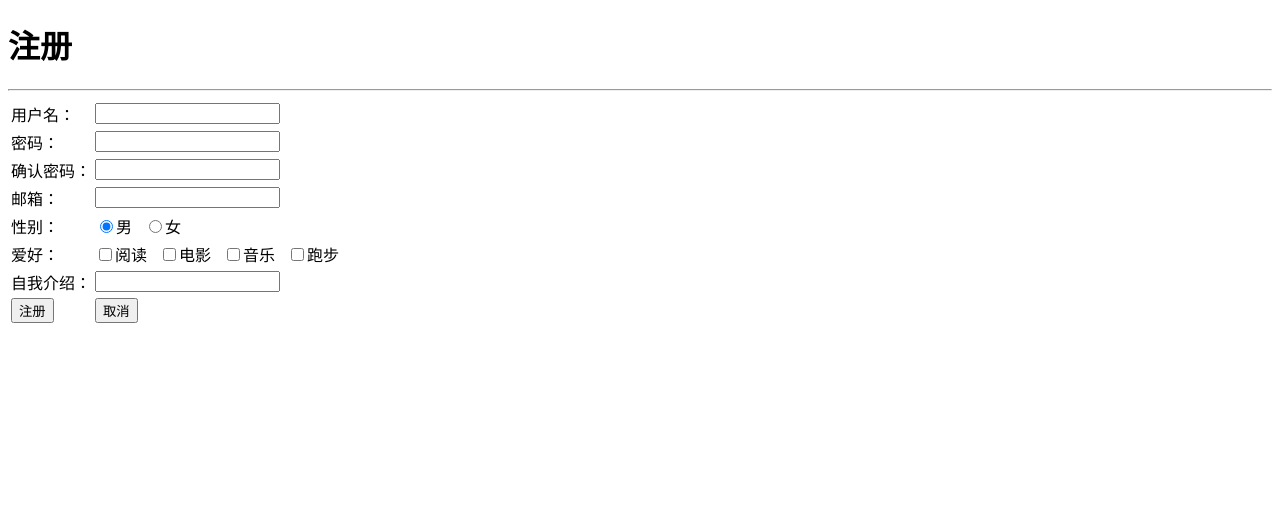
Repository: DFmoon/Servlet
Page: http://localhost/Exercise/3.1_reg.jsp
The author's editor kept a copy of each file at every save. The page is drawn from the files as they stood at one save, then again after the next save.
The browser window is 1280 px wide. The pictures show the whole page.
The page is served by Tomcat 9. Other server files are loaded and not shown.

Above is the page before, as saved 2018-08-17 08:33:08.

### Exercise/WebContent/3.1_reg.jsp
<%@ page language="java" contentType="text/html; charset=utf-8"%>
<!DOCTYPE html PUBLIC "-//W3C//DTD HTML 4.01 Transitional//EN" "http://www.w3.org/TR/html4/loose.dtd">
<html>
<head>
<meta http-equiv="Content-Type" content="text/html; charset=utf-8">
<title>reg</title>
</head>
<body>
	<h1>注册</h1>
	<hr>
	<form name="sdf" action="" method="post">
		<table>
			<tr>
				<td>用户名：</td>
				<td><input type="text" name="username"/></td>
			</tr>
			<tr>
				<td>密码：</td>
				<td><input type="password" name="password"/></td>
			</tr>
			<tr>
				<td>确认密码：</td>
				<td><input type="password" name="confirmpass"/></td>
			</tr>
			<tr>
				<td>邮箱：</td>
				<td><input type="text" name="emial"/></td>
			</tr>
			<tr>
				<td>性别：</td>
				<td>
					<input type="radio" name="sex" value="man" checked="checked"/>男&nbsp;&nbsp;
					<input type="radio" name="sex" value="woman"/>女&nbsp;&nbsp;
				</td>
			</tr>
			<tr>
				<td>爱好：</td>
				<td>
					<input type="checkbox" name="favorite" value="read"/>阅读&nbsp;&nbsp;
					<input type="checkbox" name="favorite" value="movie"/>电影&nbsp;&nbsp;
					<input type="checkbox" name="favorite" value="music"/>音乐&nbsp;&nbsp;
					<input type="checkbox" name="favorite" value="run"/>跑步&nbsp;&nbsp;
				</td>
			</tr>
			<tr>
				<td>自我介绍：</td>
				<td><input type="text" name="intro"/></td>
			</tr>
			<tr>
				<td><input type="submit" value="注册"/></td>
				<td><input type="reset" value="取消" /></td>
			</tr>
		</table>
	</form>
</body>
</html>

After the next save:
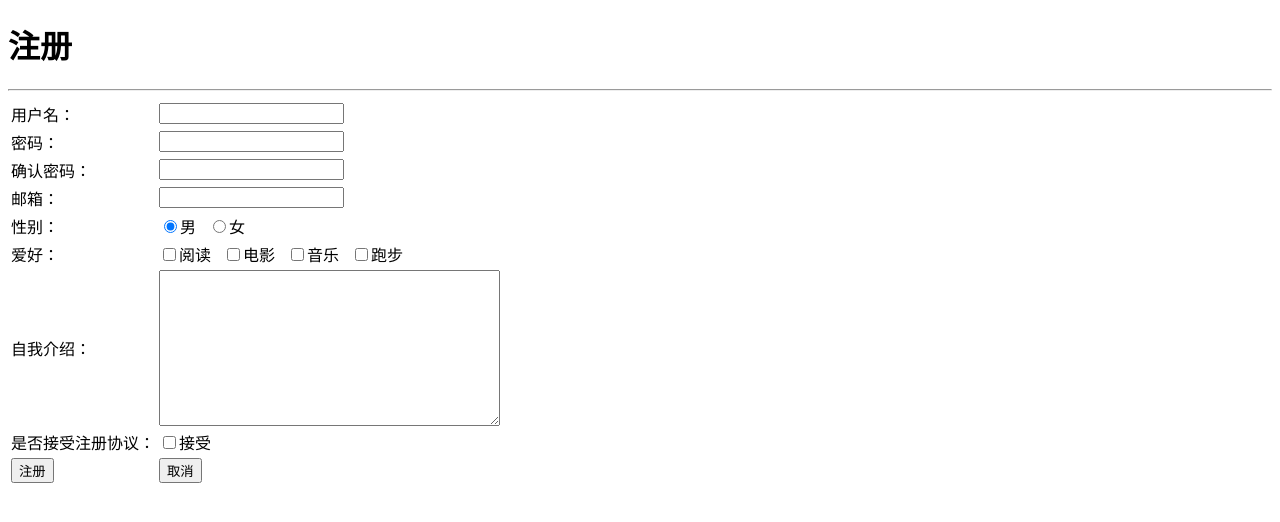
Saved 2 min 22 s later.
--- a/Exercise/WebContent/3.1_reg.jsp
+++ b/Exercise/WebContent/3.1_reg.jsp
@@ -29,8 +29,8 @@
 			<tr>
 				<td>性别：</td>
 				<td>
-					<input type="radio" name="sex" value="man" checked="checked"/>男&nbsp;&nbsp;
-					<input type="radio" name="sex" value="woman"/>女&nbsp;&nbsp;
+					<input type="radio" name="gender" value="Male" checked="checked"/>男&nbsp;&nbsp;
+					<input type="radio" name="gender" value="Female"/>女&nbsp;&nbsp;
 				</td>
 			</tr>
 			<tr>
@@ -44,7 +44,11 @@
 			</tr>
 			<tr>
 				<td>自我介绍：</td>
-				<td><input type="text" name="intro"/></td>
+				<td><textarea name="introduce" rows="10" cols="40"></textarea></td>
+			</tr>
+			<tr>
+				<td>是否接受注册协议：</td>
+				<td><input type="checkbox" name="isAccept" value="true"/>接受</td>
 			</tr>
 			<tr>
 				<td><input type="submit" value="注册"/></td>
